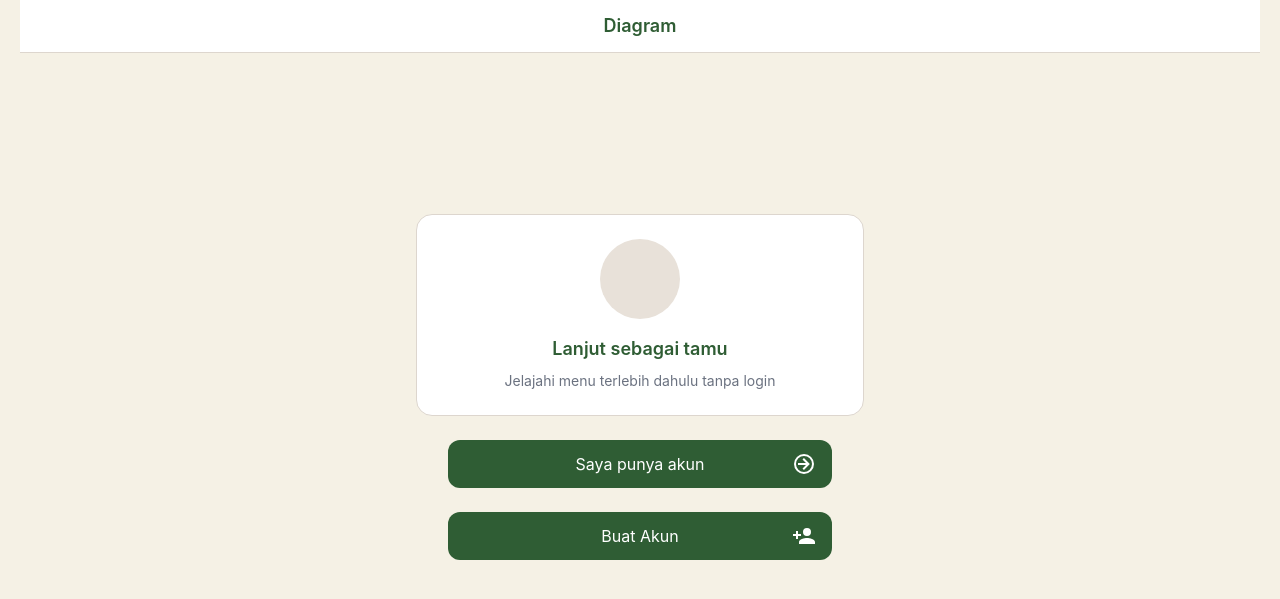
Repository: PajarAland/DiagramCoffee
Page: /
The author's editor kept a copy of each file at every save. The page is drawn from the files as they stood at one save, then again after the next save.
The browser window is 1280 px wide. The pictures show the whole page.
The page's requests for data from a server got no answer. The project was rebuilt for these pictures with package versions that can differ from the ones it lists, and the page was loaded fresh each time. Some packages were replaced by stand-ins written for this rebuild. No one was signed in, and anything a server would have sent is missing. Also part of the build but not shown: vite.config.js, src/pages/Login.jsx, src/pages/Register.jsx, src/pages/Home.jsx, src/auth/ProtectedRoute.jsx.

Above is the page before, as saved 2026-04-26 17:59:04.

### index.html
<!doctype html>
<html lang="en">
  <head>
    <meta charset="UTF-8" />
    <link rel="icon" type="image/svg+xml" href="/favicon.svg" />
    <meta name="viewport" content="width=device-width, initial-scale=1.0" />
    <title>diagramcoffee</title>
  </head>
  <body>
    <div id="root"></div>
    <script type="module" src="/src/main.jsx"></script>
  </body>
</html>

### src/index.css
@tailwind base;
@tailwind components;
@tailwind utilities;

body {
  @apply font-sans;
}

### src/App.jsx
import { BrowserRouter, Routes, Route } from "react-router-dom";
import Landing from "./pages/Landing";
import Login from "./pages/Login";
import Register from "./pages/Register";
import Home from "./pages/Home";
import ProtectedRoute from "./auth/ProtectedRoute";
import { AuthProvider } from "./context/AuthContext";

function App() {
  return (
    <AuthProvider>
      <BrowserRouter>
        <Routes>
          <Route path="/" element={<Landing />} />
          <Route path="/login" element={<Login />} />
          <Route path="/register" element={<Register />} />

          <Route
            path="/home"
            element={
              <ProtectedRoute>
                <Home />
              </ProtectedRoute>
            }
          />
        </Routes>
      </BrowserRouter>
    </AuthProvider>
  );
}

export default App;

### src/pages/Landing.jsx
import { useNavigate } from "react-router-dom";
import { Link } from "react-router-dom";
import Navbar from "../components/ui/Navbar";
import arrowIconWhite from "../assets/mdi--arrow-right-thin-circle-outline-white.svg";
import accountAddWhite from "../assets/mdi--account-add-white.svg";

function Landing() {
  const navigate = useNavigate();

  return (
    <div className="min-h-screen bg-[#F5F1E5] flex flex-col items-center justify-center px-5">

      <Navbar title="Diagram" />

      <div className="flex flex-col items-center justify-center flex-1 w-full">

        {/* <h1 className="text-3xl font-bold text-[#2F5D34] mb-6">
          Diagram
        </h1> */}

        <div className="bg-white rounded-2xl p-6 w-full max-w-md text-center border border-[#DDD6CE]">
          <div className="w-20 h-20 bg-[#E8E1D9] rounded-full mx-auto mb-4"></div>

          <Link to="/homeGuest" className="text-[#2F5D34] text-lg font-semibold hover:underline">
            Lanjut sebagai tamu
          </Link>

          <p className="text-gray-500 text-sm mt-2">
            Jelajahi menu terlebih dahulu tanpa login
          </p>
        </div>

        {/* <button onClick={() => navigate("/login")} className="mt-6 w-full max-w-md bg-[#2F5D34] text-white py-3 rounded-xl">
          Saya punya akun
        </button> */}

        <button
          onClick={() => navigate("/login")}
          className="mt-6 w-10/12 max-w-sm bg-[#2F5D34] text-white py-3 rounded-xl relative flex items-center justify-center"
        >
          <span className="text-center">Saya punya akun</span>

          <img
            src={arrowIconWhite}
            alt="arrow"
            className="w-6 h-6 absolute right-4"
          />
        </button>

        {/* <button onClick={() => navigate("/register")} className="mt-3 w-full max-w-md bg-[#446D48] text-white py-3 rounded-xl">
          Buat Akun
        </button> */}

        <button
          onClick={() => navigate("/register")}
          className="mt-6 w-10/12 max-w-sm bg-[#2F5D34] text-white py-3 rounded-xl relative flex items-center justify-center"
        >
          <span className="text-center">Buat Akun</span>

          <img
            src={accountAddWhite}
            alt="account add"
            className="w-6 h-6 absolute right-4"
          />
        </button>
      </div>
    </div>
  );
}

export default Landing;

### src/context/AuthContext.jsx
import { createContext, useContext, useEffect, useState } from "react";
import API from "../services/api";

const AuthContext = createContext();

export function AuthProvider({ children }) {
  const [user, setUser] = useState(null);
  const [initialized, setInitialized] = useState(false); // penting

  // ambil user sekali saat app start (background)
  const fetchUser = async () => {
    try {
      const res = await API.get("/api/user");
      setUser(res.data.data);
    } catch {
      setUser(null);
    } finally {
      setInitialized(true);
    }
  };

  useEffect(() => {
    fetchUser();
  }, []);

  const refreshUser = async () => {
  try {
    const res = await API.get("/api/user");
    setUser(res.data.data);
  } catch {
    setUser(null);
  } finally {
    setInitialized(true);
  }
};

  const login = (userData) => {
    setUser(userData);
  };

  const logout = async () => {
    await API.post("/api/logout");
    setUser(null);
  };

  return (
    <AuthContext.Provider
      value={{
        user,
        setUser,
        login,
        logout,
        initialized, // status auth selesai dicek
        refreshUser, // fungsi untuk refresh data user
      }}
    >
      {children}
    </AuthContext.Provider>
  );
}

export const useAuth = () => useContext(AuthContext);

### src/components/ui/NavBar.jsx
import { useNavigate } from "react-router-dom";

function Navbar({ title = "Diagram", showBack = false }) {
    const navigate = useNavigate();

    return (
        <div className="w-full bg-white border-b border-[#DDD6CE] px-4 py-3 flex items-center justify-center relative">

        {/* Back button (optional) */}
        {showBack && (
            <button
            onClick={() => navigate(-1)}
            className="absolute left-4 text-[#2F5D34]"
            >
            ←
            </button>
        )}

        {/* Title */}
        <h1 className="text-lg font-semibold text-[#2F5D34]">
            {title}
        </h1>
        </div>
    );
}

export default Navbar;

### src/services/api.js
import axios from "axios";

const API = axios.create({
  baseURL: "http://localhost:8000",
  withCredentials: true,

  headers: {
    Accept: "application/json",
  },
});

// 🔥 INI YANG SELAMA INI KURANG
API.interceptors.request.use((config) => {
  const token = document.cookie
    .split("; ")
    .find(row => row.startsWith("XSRF-TOKEN="))
    ?.split("=")[1];

  if (token) {
    config.headers["X-XSRF-TOKEN"] = decodeURIComponent(token);
  }

  return config;
});

export default API;

### tailwind.config.js
/** @type {import('tailwindcss').Config} */
export default {
  content: [
    "./index.html",
    "./src/**/*.{js,jsx,ts,tsx}",
  ],
  theme: {
    fontFamily: {
      sans: ["Inter", "ui-sans-serif", "system-ui"],
    },
    extend: {},
  },
  plugins: [],
}

Loaded but not shown: src/main.jsx (common file)

After the next save:
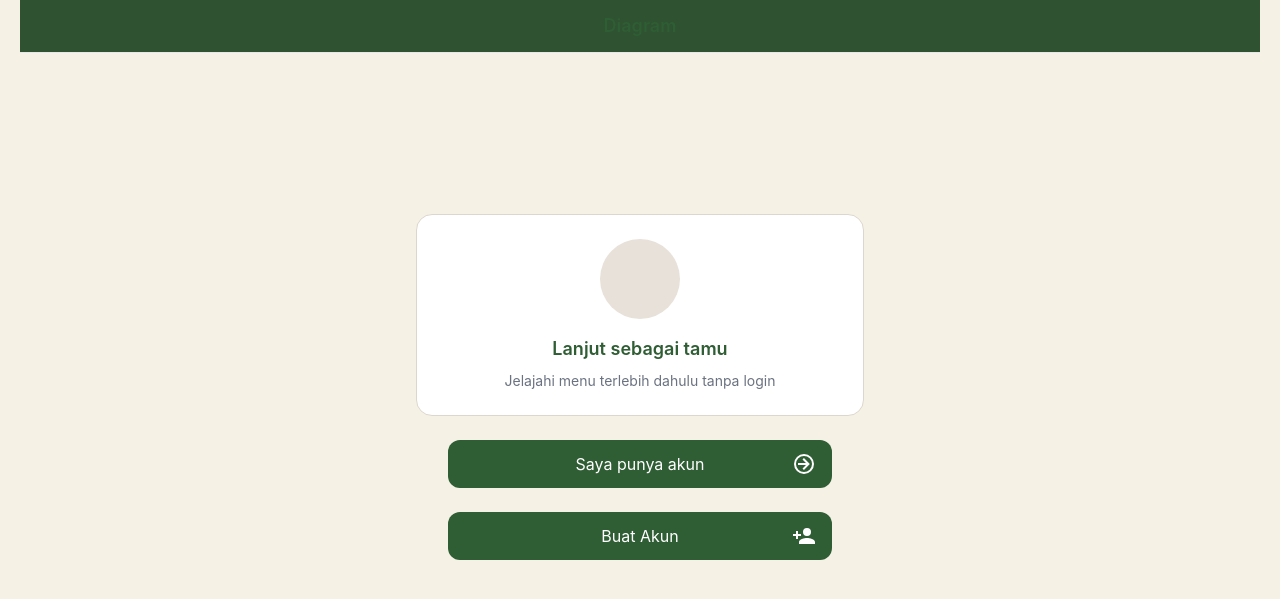
Saved 71 s later.
--- a/src/components/ui/NavBar.jsx
+++ b/src/components/ui/NavBar.jsx
@@ -4,7 +4,7 @@ function Navbar({ title = "Diagram", showBack = false }) {
     const navigate = useNavigate();
 
     return (
-        <div className="w-full bg-white border-b border-[#DDD6CE] px-4 py-3 flex items-center justify-center relative">
+        <div className="w-full bg-[#2F5231] border-b px-4 py-3 flex items-center justify-center relative">
 
         {/* Back button (optional) */}
         {showBack && (
